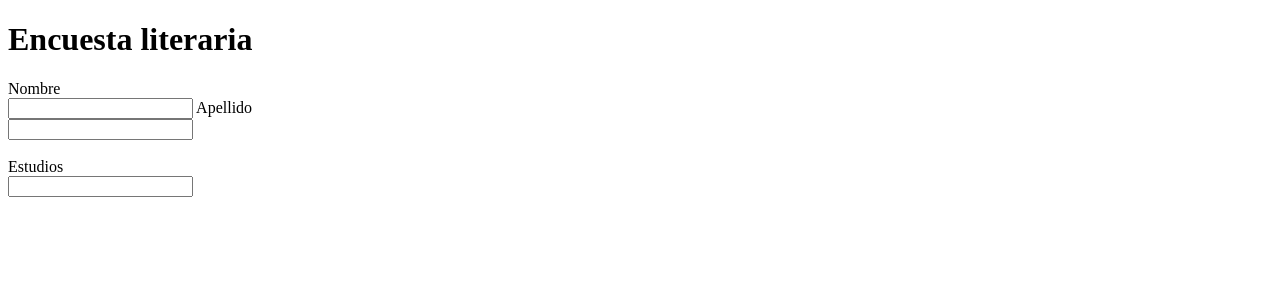
Repository: Scastellc/javaee
Page: Encuentra/WebContent/index.html
These files come from the project's save history. The page is drawn as it stood at one moment and after the next save; the edit follows.
The browser window is 1280 px wide. The pictures show the whole page.

Above is the page before, as saved 2017-02-16 17:47:15.

After the next save:
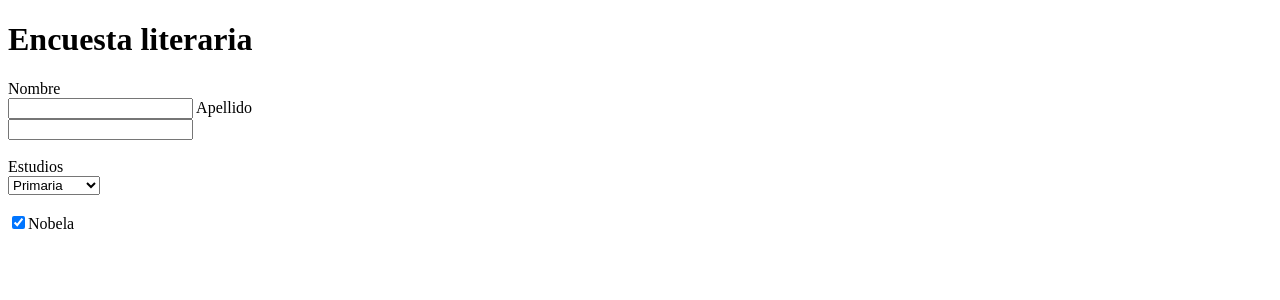
Saved 2 min 27 s later.
--- a/Encuentra/WebContent/index.html
+++ b/Encuentra/WebContent/index.html
@@ -7,12 +7,23 @@
 <body>
 <h1>Encuesta literaria</h1>
 <form action="/Encuesta/mostrar">
+
 	Nombre<br>
 	<input type = "text" name ="nombre">
+
 	Apellido<br>
 	<input type = "text" name ="apellido"><br><br>
+
 	Estudios<br>
-	<input type = "text" name ="nombre"><br><br>
+
+	<select name="estudios">
+		<option>Primaria</option>
+		<option>Secundaria</option>
+		<option>Bachillerato</option>
+	</select> <br><br>
+	<input type = "checkbox" name="preferencias" value="Novela" checked>Nobela <br>
+
+
 </form>
 </body>
 </html>
